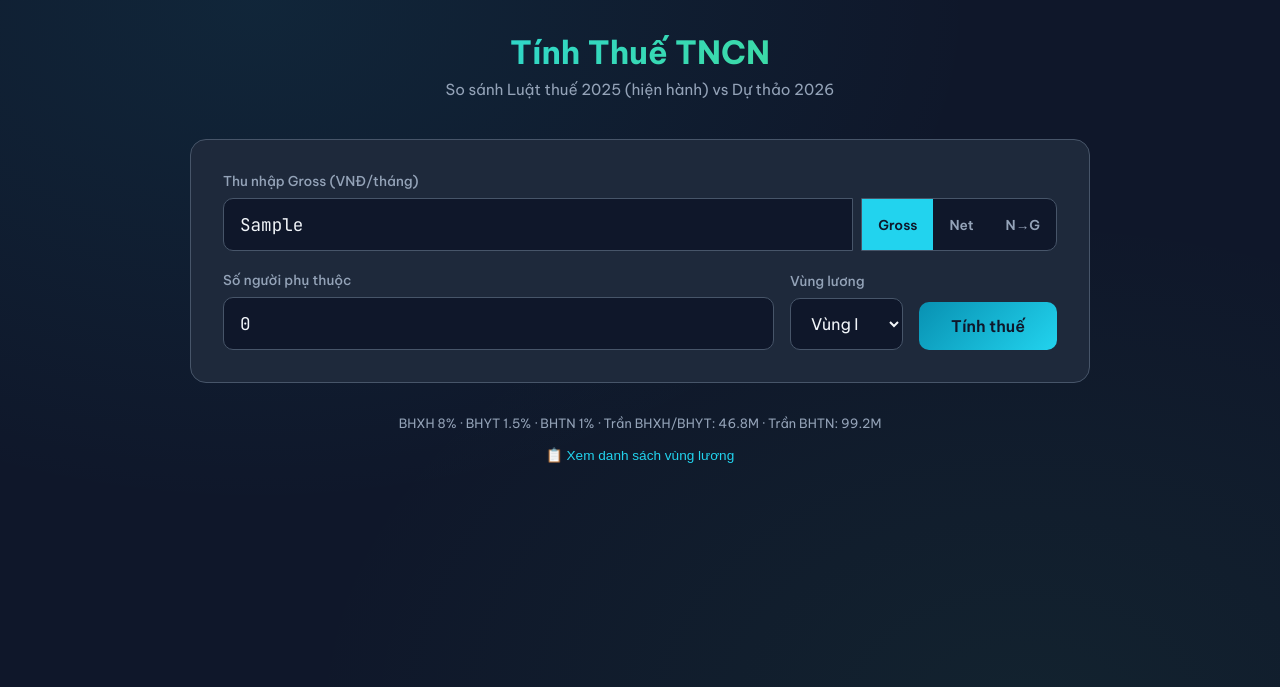
Repository: ph4n4n/vietnam-PIT
Page: index.html
An editor plug-in stored every save of this project. The page is shown before and after the next save, followed by the edit.
The browser window is 1280 px wide. The pictures show the whole page.
Empty fields were first filled with sample values (such as "Sample", 5 or name@example.com).
After loading, the first visible `button.btn-link` was clicked once.

Above is the page before, as saved 2025-12-10 12:12:35.
Console error: TypeError: Cannot read properties of null (reading 'appendChild')

After the next save:
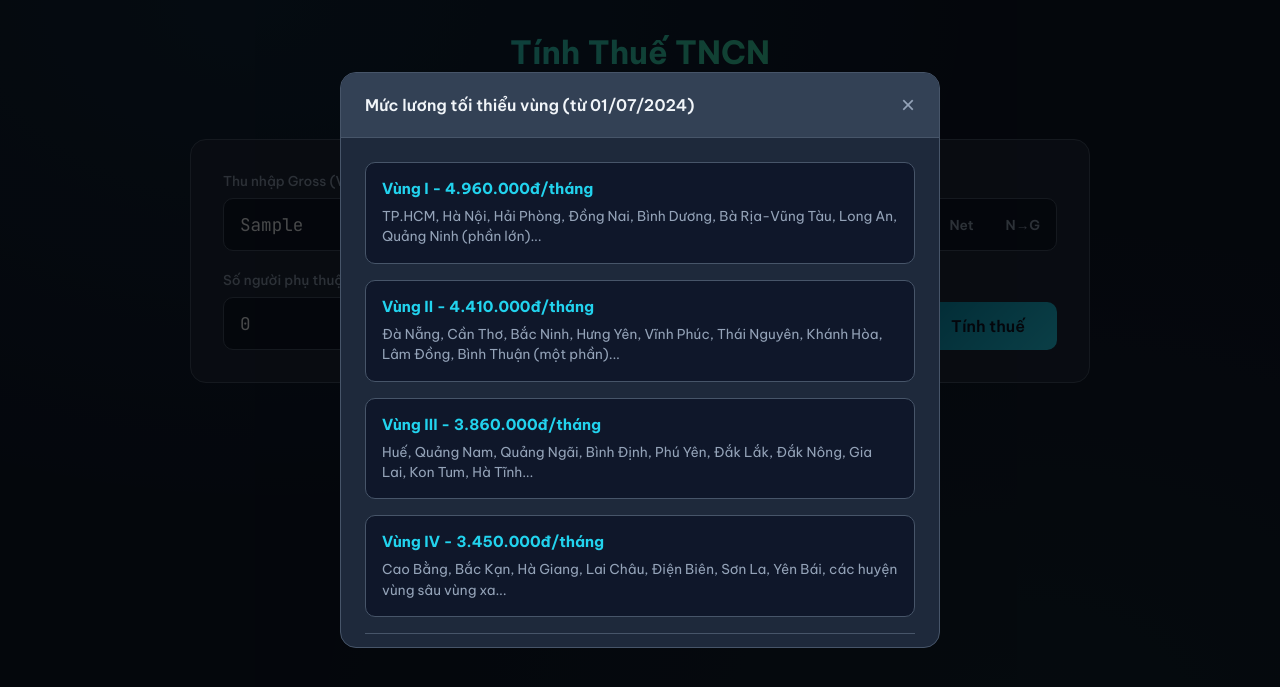
The error is gone.
Saved 17 s later.
--- a/app.js
+++ b/app.js
@@ -429,18 +429,26 @@ document.querySelectorAll('input').forEach(input => {
   });
 });
 
-// Populate province dropdown
-const provinceSelect = document.getElementById('province');
-Object.keys(PROVINCES).sort().forEach(name => {
-  const opt = document.createElement('option');
-  opt.value = name;
-  opt.textContent = `${name} (Vùng ${PROVINCES[name]})`;
-  provinceSelect.appendChild(opt);
+// Update BHTN cap display when region changes
+function updateBhtnCapDisplay() {
+  const region = getRegion();
+  const cap = TAX_CONFIG.bhtnCaps[region];
+  const capStr = (cap / 1_000_000).toFixed(1) + 'M';
+  document.getElementById('bhtnCapDisplay').textContent = capStr;
+}
+
+document.getElementById('region').addEventListener('change', updateBhtnCapDisplay);
+updateBhtnCapDisplay(); // init
+
+// Toggle region note modal
+function toggleRegionNote() {
+  const modal = document.getElementById('regionModal');
+  modal.classList.toggle('show');
+}
+
+// Close modal on backdrop click
+document.getElementById('regionModal').addEventListener('click', function(e) {
+  if (e.target === this) {
+    this.classList.remove('show');
+  }
 });
-
-// Auto-set region when province changes
-provinceSelect.addEventListener('change', function() {
-  if (this.value && PROVINCES[this.value]) {
-    document.getElementById('region').value = PROVINCES[this.value];
-  }
-});
